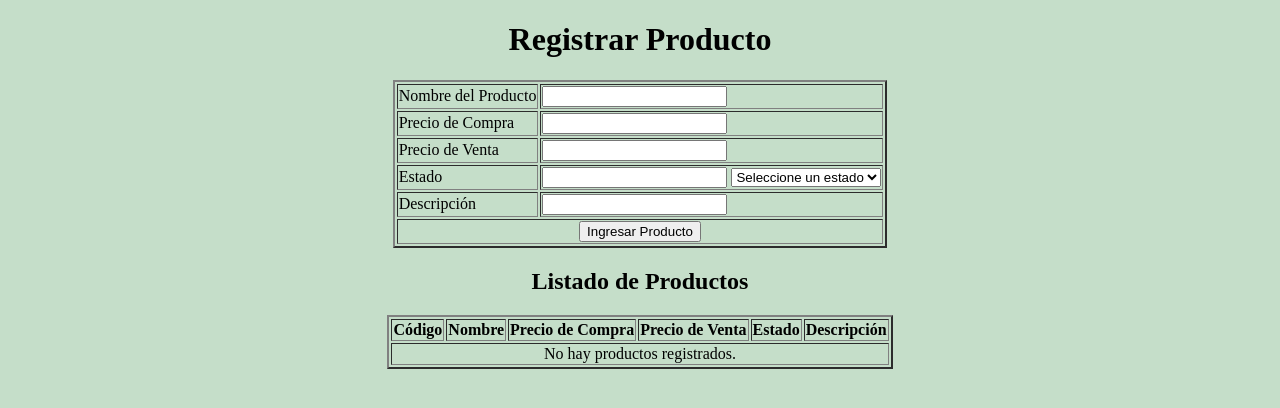
Repository: RubiG-T-L-001/ExamenSustitutorio
Page: http://localhost/ExamenSustitutorio/ControladorProducto
These files come from the project's save history. The page is drawn as it stood at one moment and after the next save; the edit follows.
The browser window is 1280 px wide. The pictures show the whole page.
The page is served by Tomcat 9.

Above is the page before, as saved 2024-10-19 04:06:39.

After the next save:
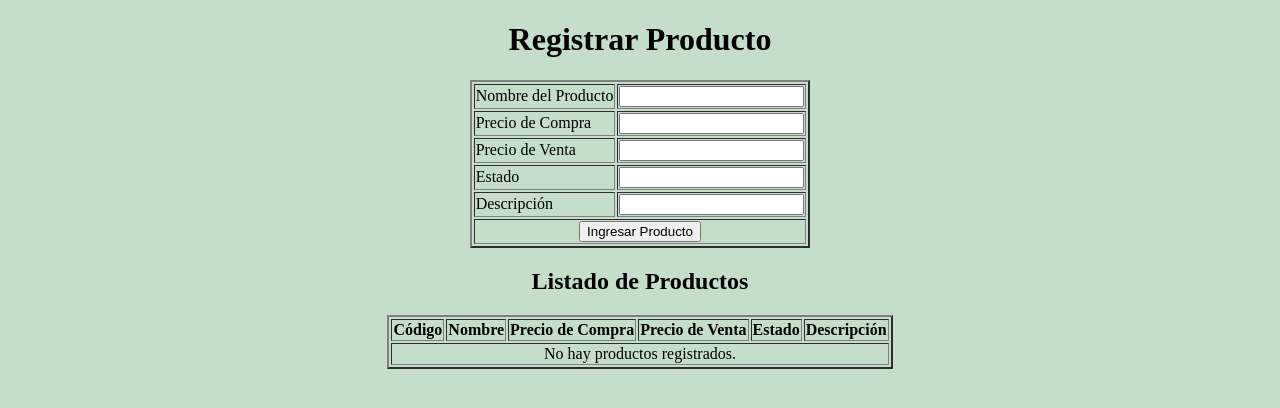
Saved 25 s later.
--- a/ExamenSustitutorio/src/main/webapp/RegistrarProducto.jsp
+++ b/ExamenSustitutorio/src/main/webapp/RegistrarProducto.jsp
@@ -27,11 +27,7 @@
             <tr>
                 <td>Estado</td>
                 <td><input type="text" name="estadosusti" required>
-                <select name="estadosusti" required>
-            <option value="">Seleccione un estado</option>
-            <option value="Activo">Activo</option>
-            <option value="Inactivo">Inactivo</option>
-        </select>
+
                 </td>
             </tr>
             <tr>
